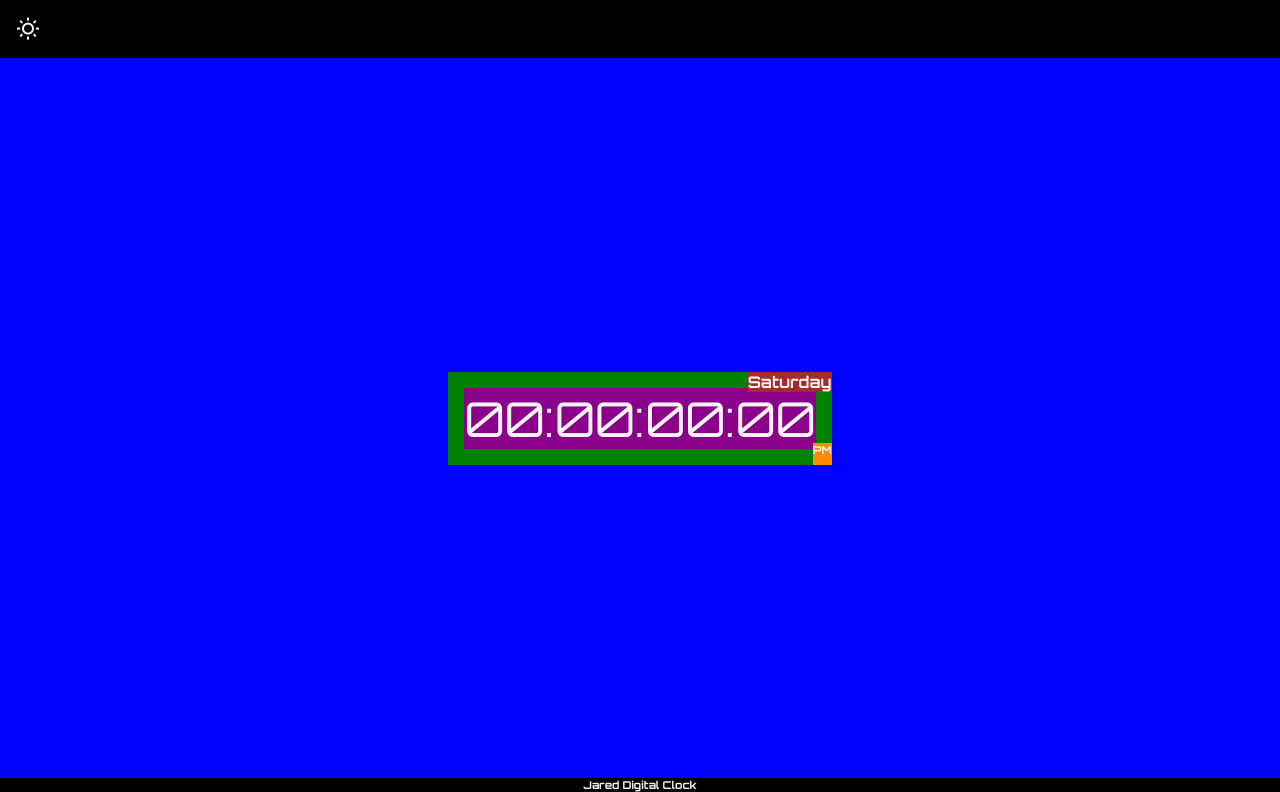
Repository: EguJaredoBoyd/Jared-Digital-Clock
Page: index.html
An editor plug-in stored every save of this project. The page is shown before and after the next save, followed by the edit.
The browser window is 1280 px wide. The pictures show the whole page.
Some web libraries are served in a nearby version.

Above is the page before, as saved 2026-01-04 22:46:36.

After the next save:
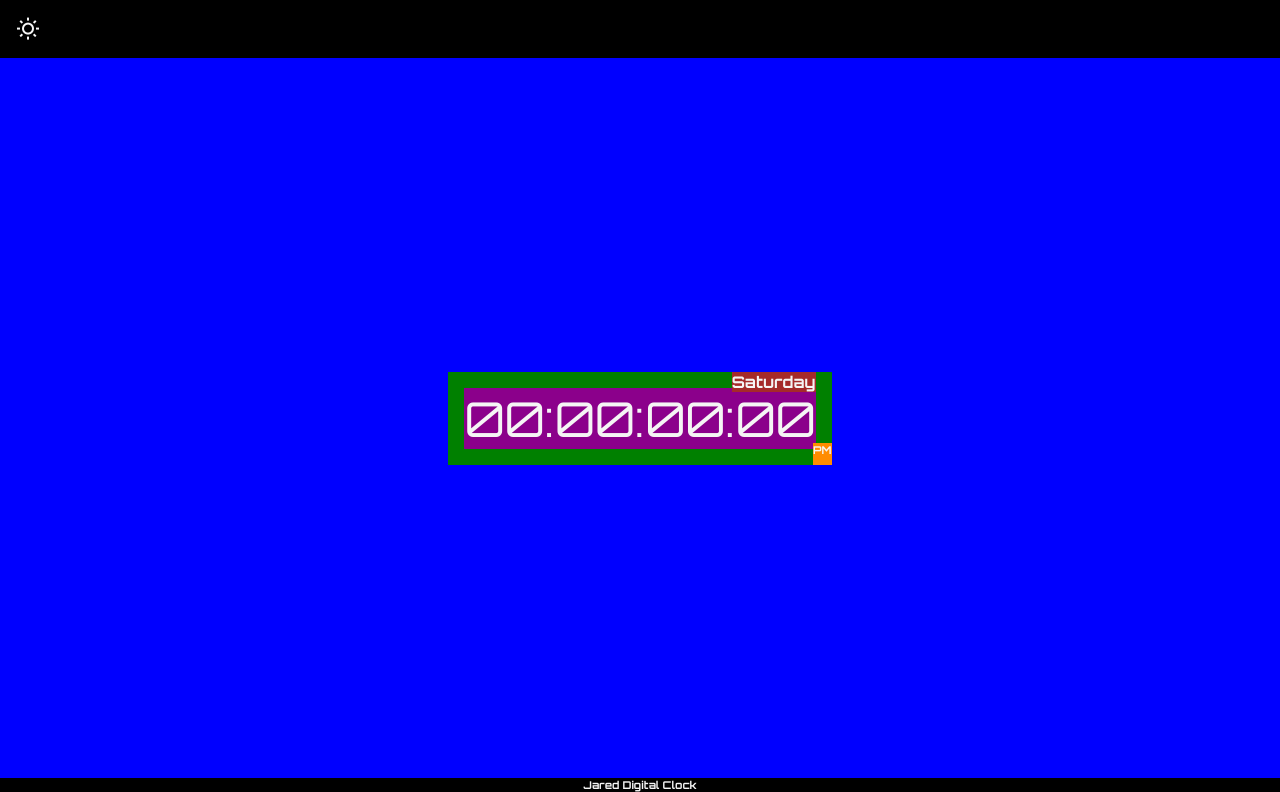
Saved 29 s later.
--- a/css/styles.css
+++ b/css/styles.css
@@ -85,7 +85,7 @@ header button i {
 
 .watch-container__time h4 {
   position: absolute;
-  right: 0;
+  right: 1rem;
   top: 0;
   margin-bottom: 1rem;
   background-color: brown;
